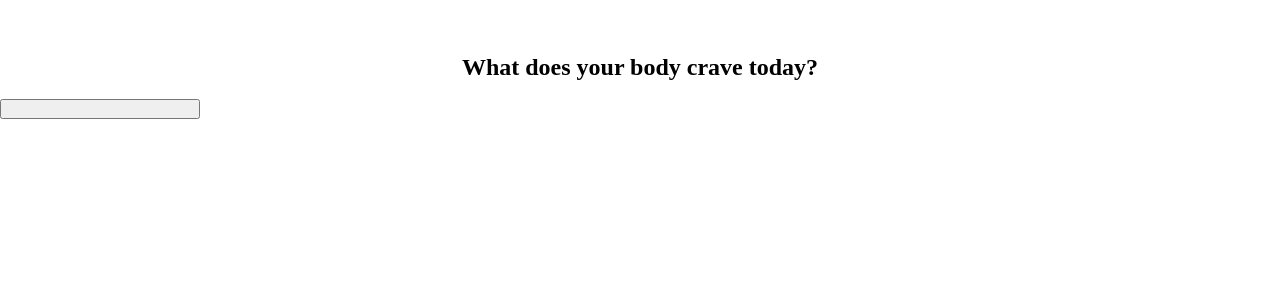
Repository: karim0829/Bella-Oter-Project
Page: index.html
The author's editor kept a copy of each file at every save. The page is drawn from the files as they stood at one save, then again after the next save.
The browser window is 1280 px wide. The pictures show the whole page.

Above is the page before, as saved 2025-06-30 19:16:53.

After the next save:
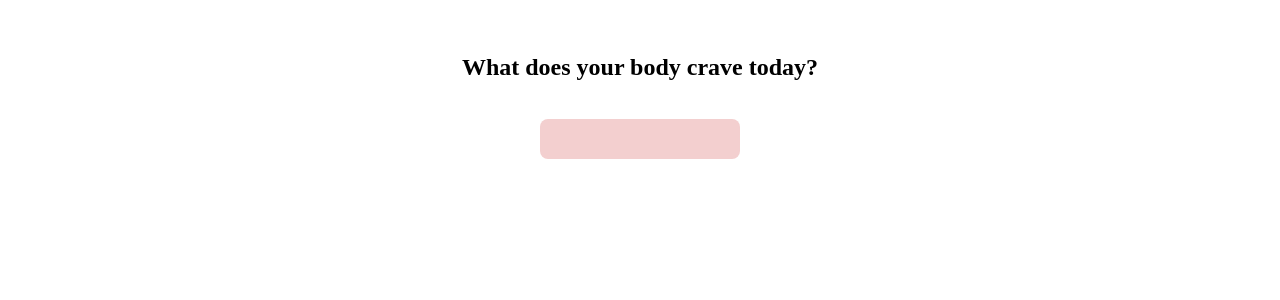
Saved 20 s later.
--- a/style.css
+++ b/style.css
@@ -15,10 +15,13 @@ form h1 {
 }
 
  button {
-    display:flex;
-    justify-content: center;
-    width:200px;
-    height:20px;
-    cursor:pointer;
-
+    width: 200px;
+    height: 40px;
+    cursor: pointer;
+    margin: 20px auto; /* auto centers the button horizontally */
+    display: block;    /* needed for margin auto to work */
+    border: none;
+    border-radius: 8px;
+    background-color: #f3cfcf;
+    font-size: 16px;
 }
